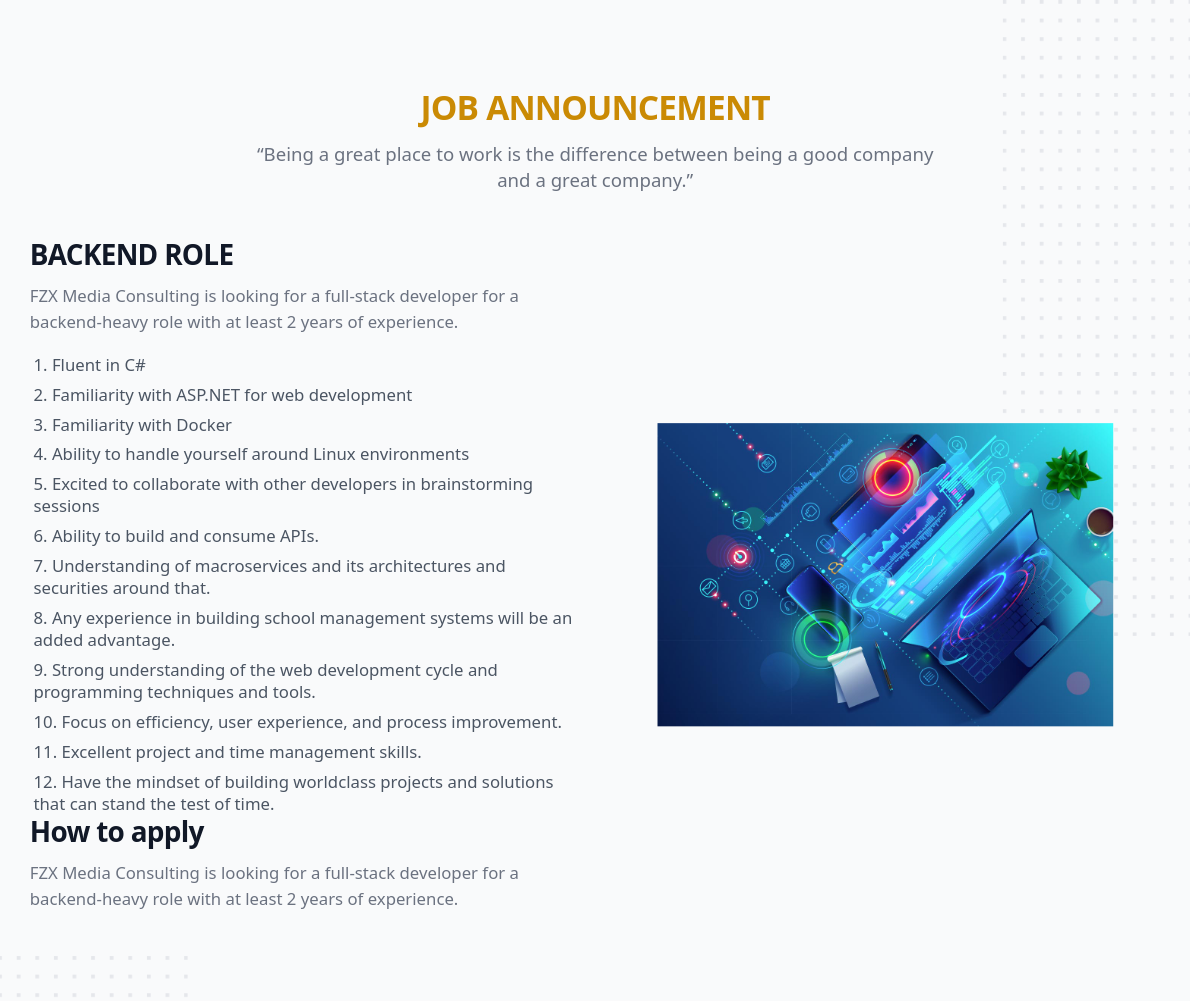
Repository: emorilebo/invotec
Page: /jobs
The author's editor kept a copy of each file at every save. The page is drawn from the files as they stood at one save, then again after a run of saves.
The browser window is 1280 px wide. The pictures show the whole page, at 93% of full size.
The project was rebuilt for these pictures with package versions that can differ from the ones it lists, and the page was loaded fresh each time. The framework's server and built-in components were replaced by stand-ins that run in the browser. Also part of the build but not shown: next.config.js.

Above is the page before, as saved 2022-12-07 11:33:41.

After the next 2 saves:
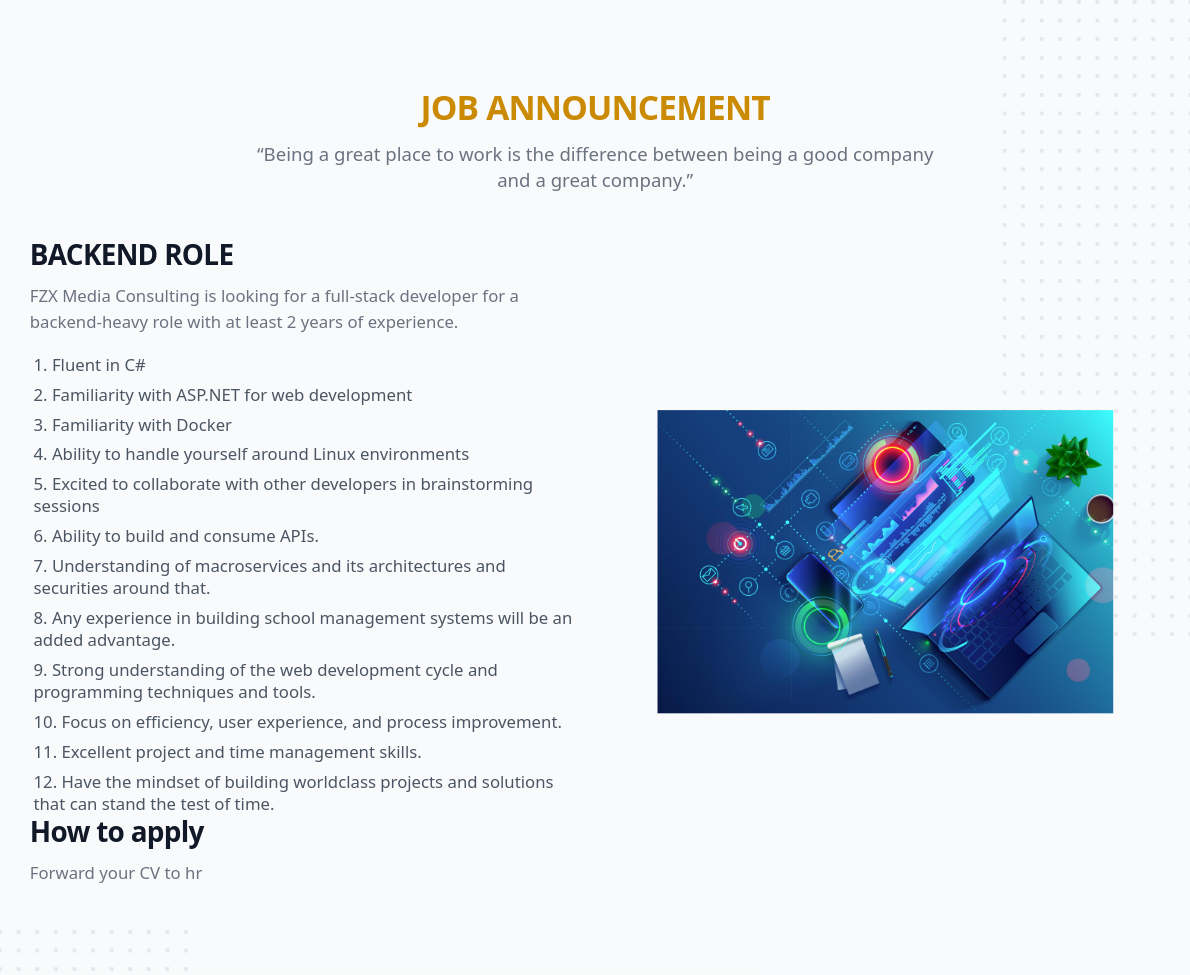
The 2 saves are shown as one change because they came seconds apart.
The last was saved 13 s later.
--- a/pages/jobs.tsx
+++ b/pages/jobs.tsx
@@ -185,8 +185,7 @@ function jobs() {
               How to apply
             </h3>
             <p className="mt-3 text-lg text-gray-500">
-              FZX Media Consulting is looking for a full-stack developer for a
-              backend-heavy role with at least 2 years of experience.
+              Forward your CV to hr
             </p>
 
           </div>
